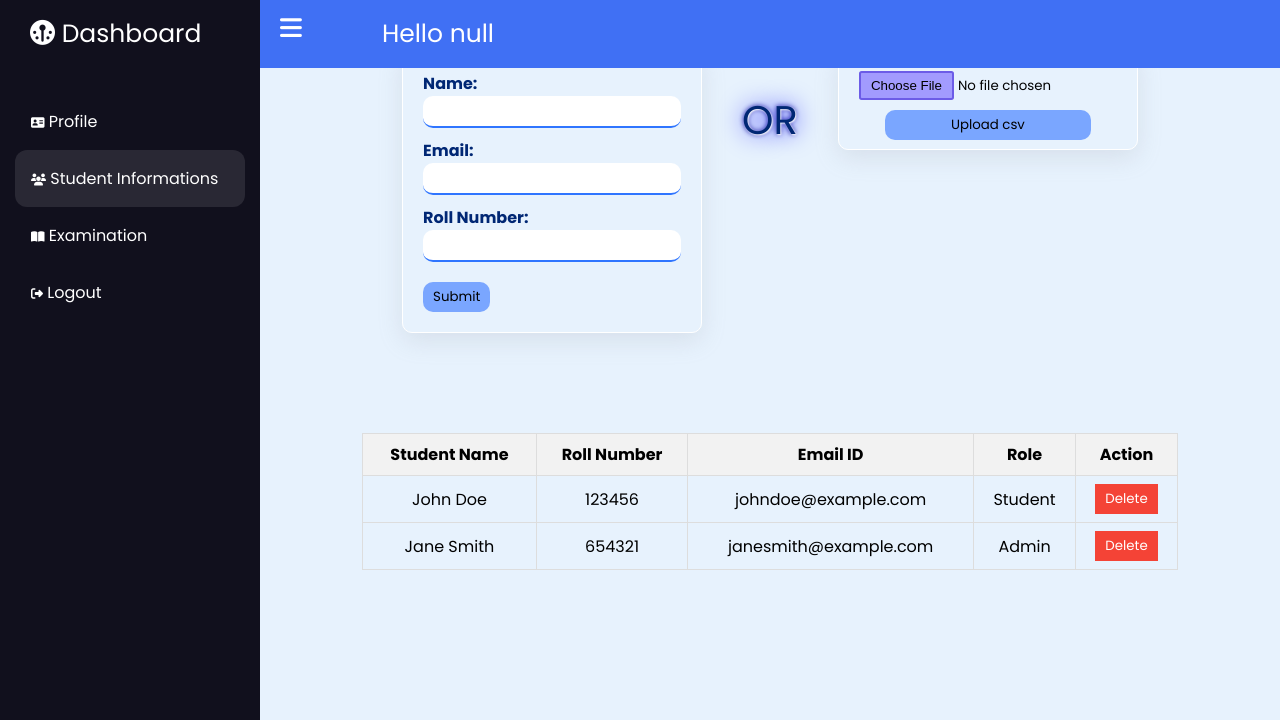
Repository: Buddhadip/ExamPortalApp_struts
Page: http://localhost/ExamWizard/WEB-INF/views/addStudent.jsp
The author's editor kept a copy of each file at every save. The page is drawn from the files as they stood at one save, then again after the next save.
The browser window is 1280 px wide. The pictures show the whole page.
The page is served by Tomcat 9. Nobody is signed in. The template is opened directly, without the code that normally fills it, so the values that code supplies are empty.

Above is the page before, as saved 2023-07-14 09:54:38.

After the next save:
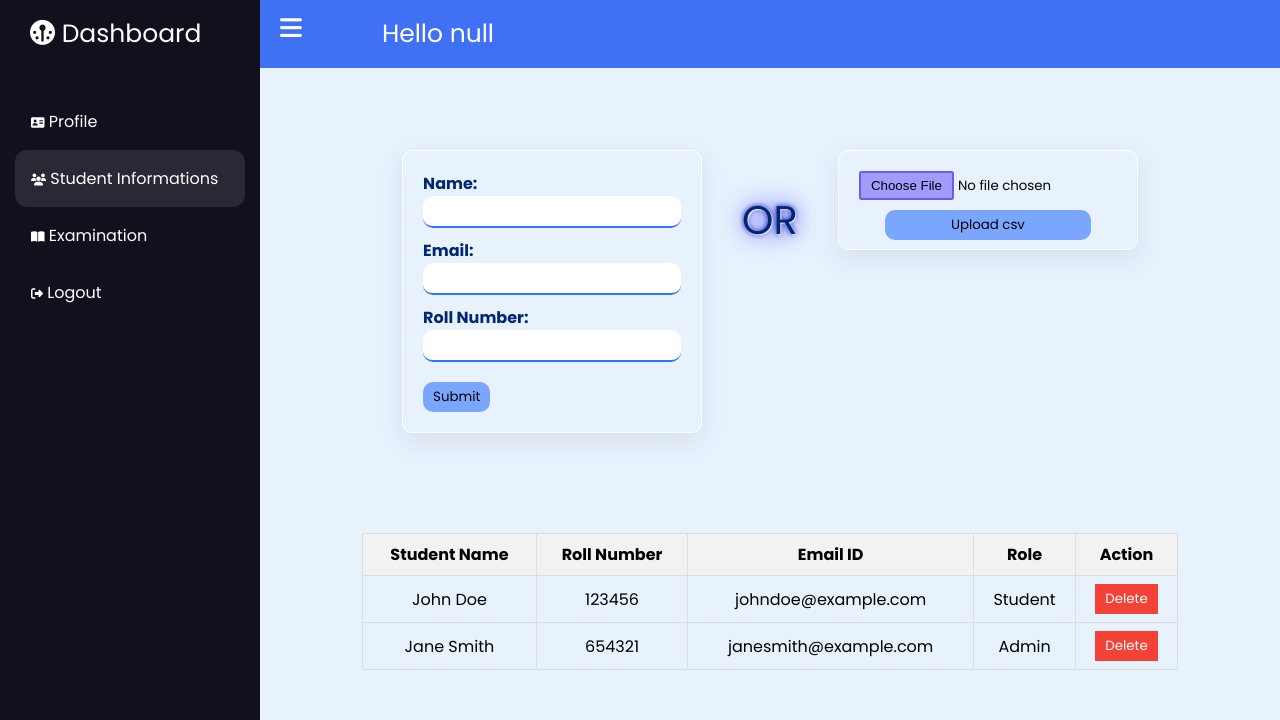
Saved 88 s later.
--- a/ExamWizard/src/main/webapp/public/styles/adminHome.css
+++ b/ExamWizard/src/main/webapp/public/styles/adminHome.css
@@ -126,6 +126,7 @@
   z-index: 100;
   background: #e7f2fd;
   flex-direction:column;
+  padding-top:200px;
 }
 .main h1 {
   color: #11101d;
